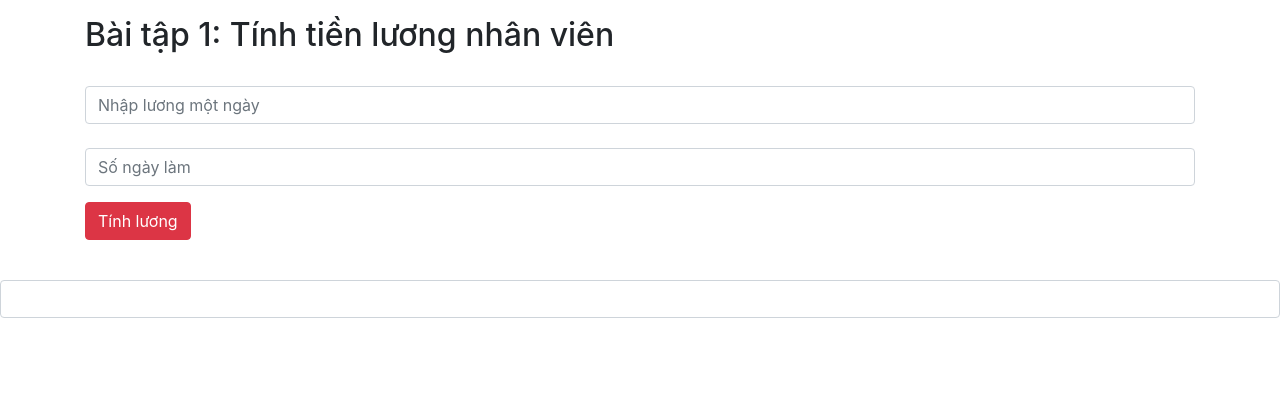
Repository: thanhfrankie/BC10-LeMinhThanh-Js-b2-3
Page: index.html
The author's editor kept a copy of each file at every save. The page is drawn from the files as they stood at one save, then again after the next save.
The browser window is 1280 px wide. The pictures show the whole page.

Above is the page before, as saved 2023-12-15 15:22:53.

After the next save:
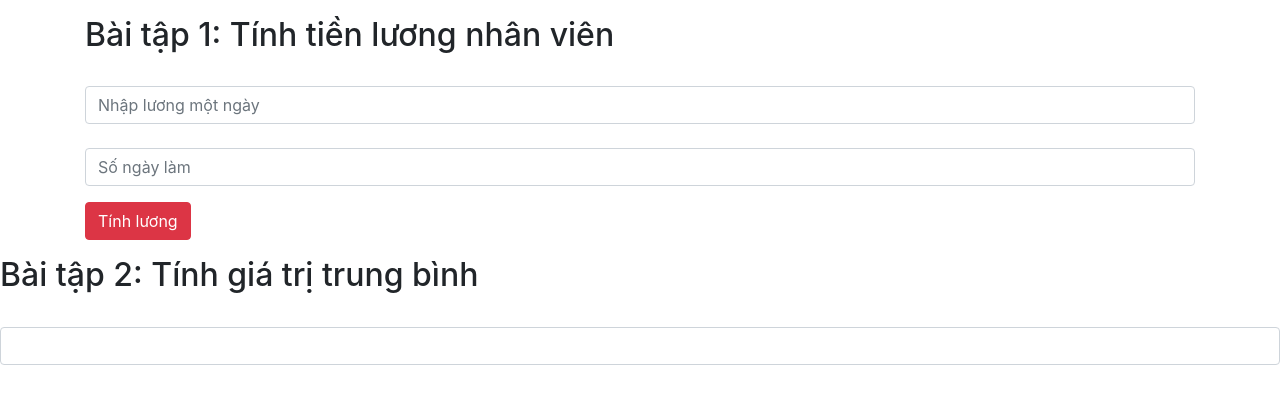
Saved 10 s later.
--- a/index.html
+++ b/index.html
@@ -51,7 +51,7 @@
     </div>
     <!-- Bài tập 2 -->
     <div class="form-group">
-      <h2></h2>
+      <h2>Bài tập 2: Tính giá trị trung bình</h2>
       <label for=""></label>
       <input type="text"
         class="form-control" name="" id="" aria-describedby="helpId" placeholder="">
